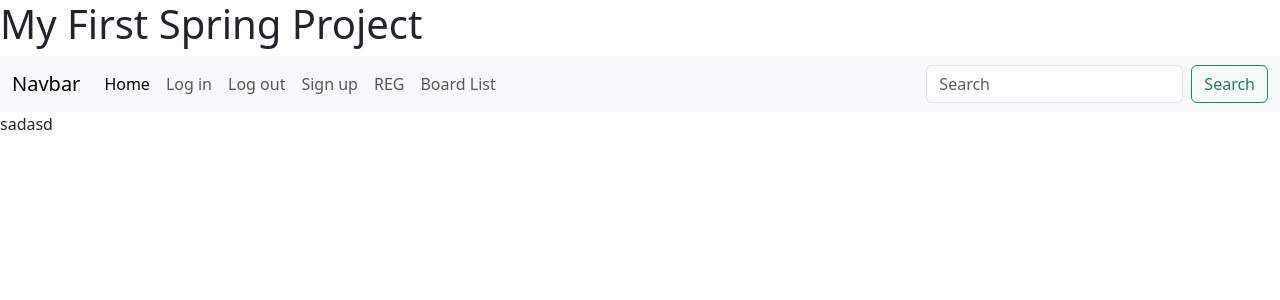
Repository: dfhdfhdfsza/springtest
Page: http://localhost/spring-Test/WEB-INF/views/member/signup.jsp
These files come from the project's save history. The page is drawn as it stood at one moment and after the next save; the edit follows.
The browser window is 1280 px wide. The pictures show the whole page.
The page is served by Tomcat 9. Nobody is signed in. The template is opened directly, without the code that normally fills it, so the values that code supplies are empty.

Above is the page before, as saved 2023-10-06 07:03:12.

After the next save:
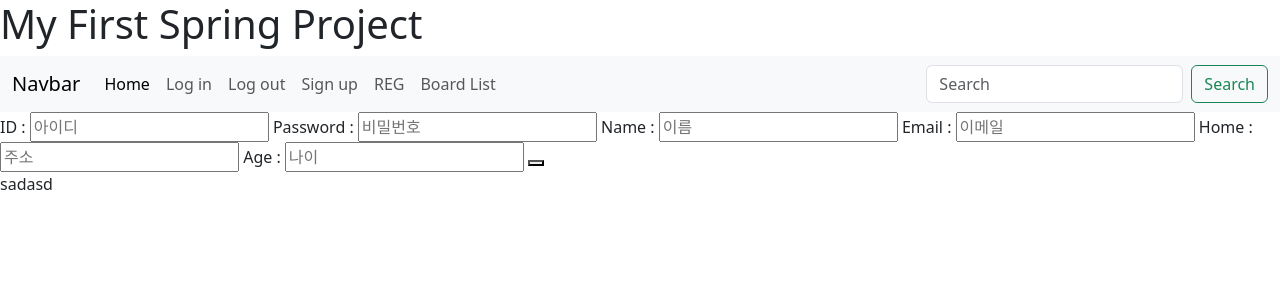
Saved 3 min 9 s later.
--- a/spring-Test/src/main/webapp/WEB-INF/views/member/signup.jsp
+++ b/spring-Test/src/main/webapp/WEB-INF/views/member/signup.jsp
@@ -9,7 +9,15 @@
 </head>
 <body>
 	<jsp:include page="../layout/header.jsp"></jsp:include>
-
+	<form action="/member/singup">
+		ID : <input type="text" name="id" placeholder="아이디">
+		Password : <input type="password" name="pw" placeholder="비밀번호">
+		Name : <input type="text" name="name" placeholder="이름">
+		Email : <input type="text" name="email" placeholder="이메일">
+		Home :  <input type="text" name="home" placeholder="주소">
+		Age : <input type="text" name="age" placeholder="나이">
+		<button type="submit"></button>
+	</form>
 	<jsp:include page="../layout/footer.jsp"></jsp:include>
 </body>
 </html>
